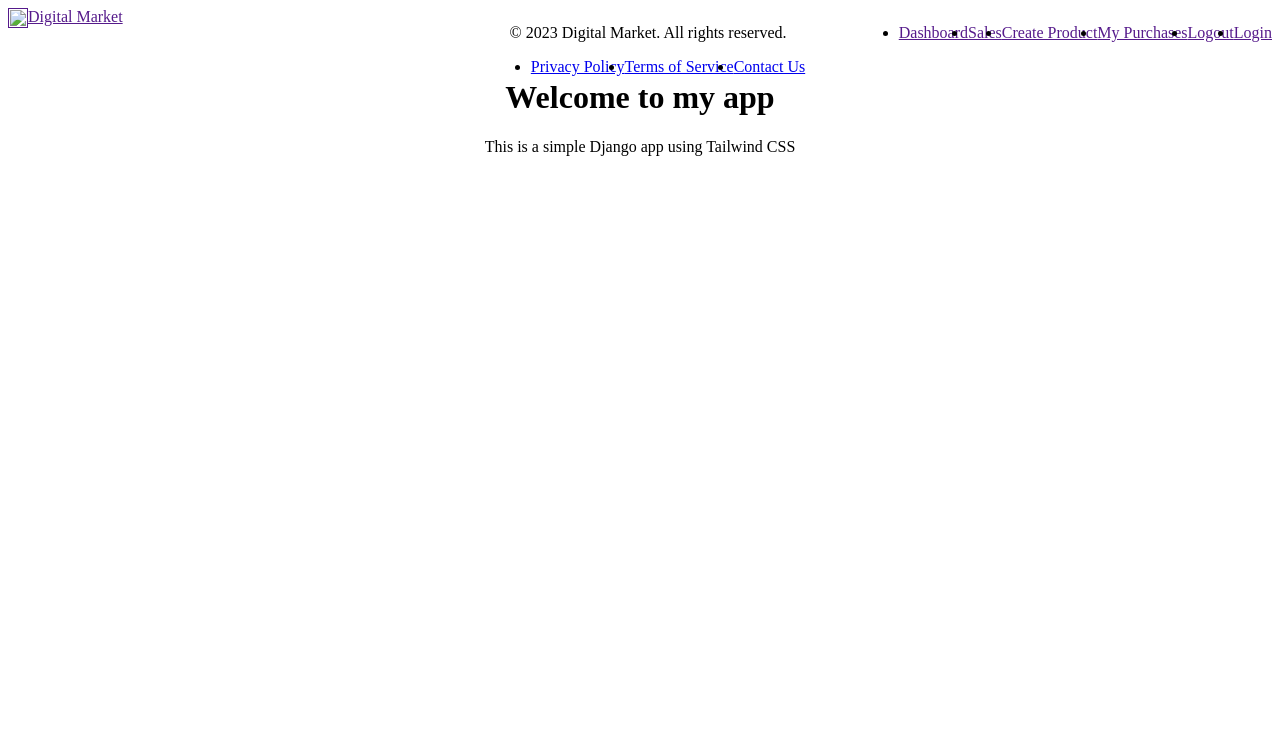
Repository: Zedestar/DigitalMarket_django
Page: http://localhost/
An editor plug-in stored every save of this project. The page is shown before and after the next save, followed by the edit.
The browser window is 1280 px wide. The page is 1288 px wide, so the pictures cover 1288 px, including what lies to the right of the window. The pictures show the whole page.
The page is served by the project's application, run on Django 5.2 (manage.py). Style sheets and scripts are compiled from the project's sources, by tool versions that may differ from the author's.

Above is the page before, as saved 2025-03-19 17:47:20.

After the next save:
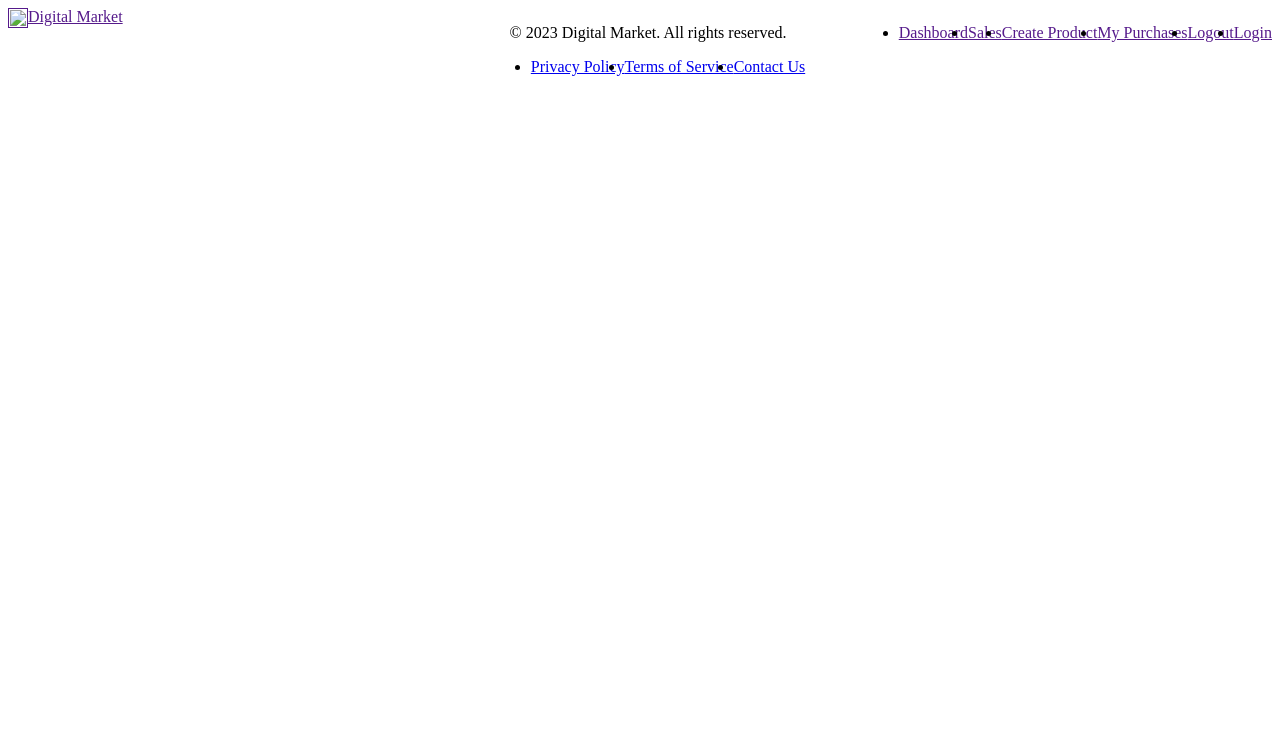
Saved 28 s later.
--- a/myapp/templates/myapp/index.html
+++ b/myapp/templates/myapp/index.html
@@ -1,7 +1,3 @@
 {% extends 'base.html' %}
 {% block body %}
-    <div class="container mx-auto">
-        <h1 class="text-3xl font-bold text-center mt-8">Welcome to my app</h1>
-        <p class="text-center mt-4">This is a simple Django app using Tailwind CSS</p>
-    </div>
 {% endblock body %}

After the 2 saves that followed:
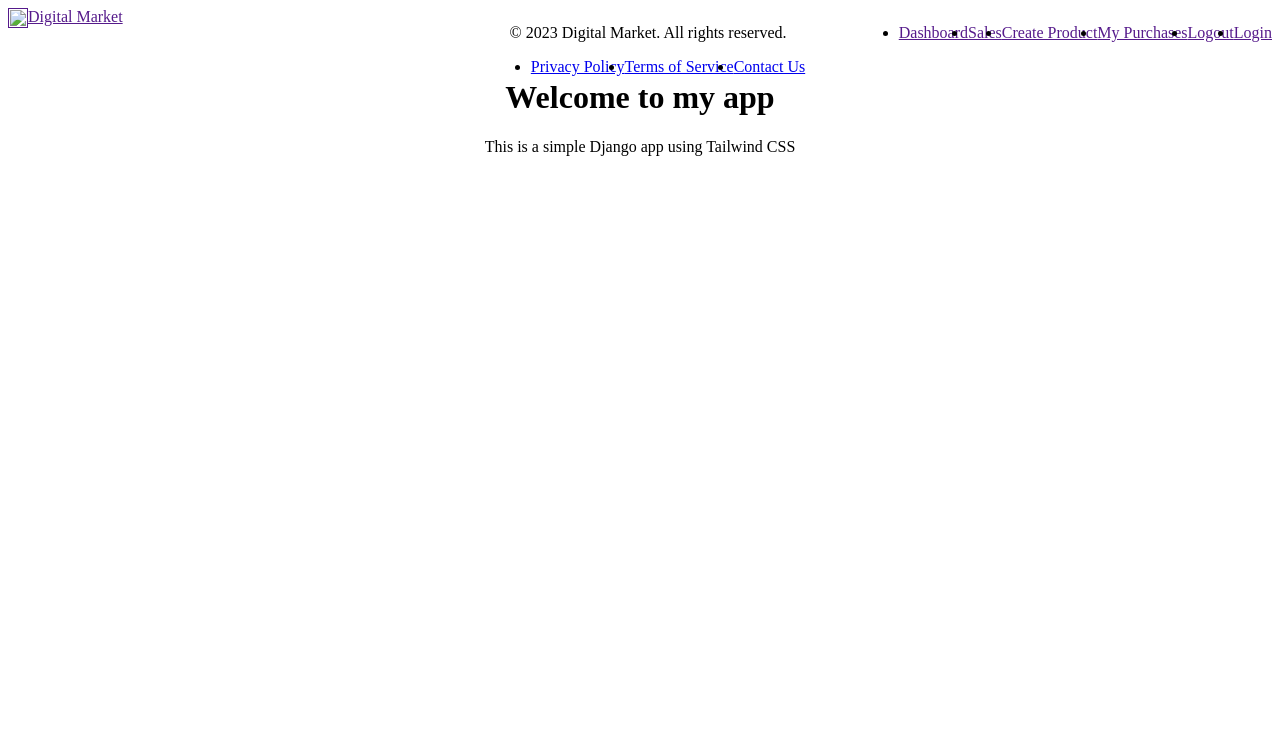
The 2 saves are shown as one change because 1 left the picture as it was.
The last was saved 111 s later.
--- a/myapp/templates/myapp/index.html
+++ b/myapp/templates/myapp/index.html
@@ -1,3 +1,7 @@
 {% extends 'base.html' %}
 {% block body %}
+    <div class="container mx-auto">
+        <h1 class="text-3xl font-bold text-center mt-8">Welcome to my app</h1>
+        <p class="text-center mt-4">This is a simple Django app using Tailwind CSS</p>
+    </div>
 {% endblock body %}
--- a/myapp/views.py
+++ b/myapp/views.py
@@ -1,7 +1,12 @@
 from django.shortcuts import render
+from .models import Product
 
 # Create your views here.
 
 
 def index(request):
-    return render(request, 'myapp/index.html')
+    products = Product.objects.all()
+    context = {
+        'products' : products
+    }
+    return render(request, 'myapp/index.html', context=context)
